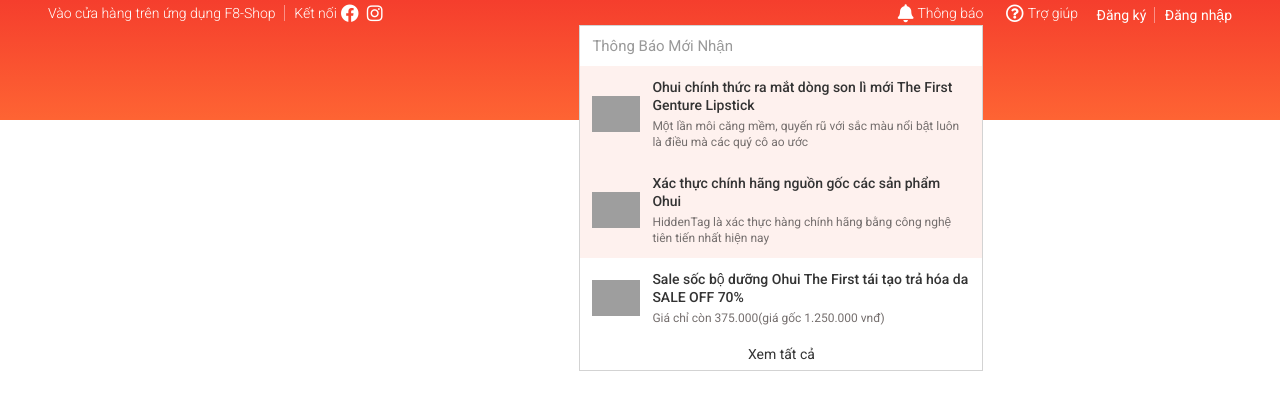
Repository: huynhnhan112/Shopee_Homepage
Page: index.html
These files come from the project's save history. The page is drawn as it stood at one moment and after the next save; the edit follows.
The browser window is 1280 px wide. The pictures show the whole page.
Pictures or frames that could not be fetched are drawn as grey boxes.

Above is the page before, as saved 2021-11-19 11:11:50.

### index.html
<!DOCTYPE html>
<html lang="en">

<head>
    <meta charset="UTF-8">
    <meta http-equiv="X-UA-Compatible" content="IE=edge">
    <meta name="viewport" content="width=device-width, initial-scale=1.0">
    <link rel="stylesheet" href="https://cdnjs.cloudflare.com/ajax/libs/normalize/8.0.1/normalize.min.css"
        integrity="sha512-NhSC1YmyruXifcj/KFRWoC561YpHpc5Jtzgvbuzx5VozKpWvQ+4nXhPdFgmx8xqexRcpAglTj9sIBWINXa8x5w=="
        crossorigin="anonymous" referrerpolicy="no-referrer" />
    <link rel="preconnect" href="https://fonts.googleapis.com">
    <link rel="preconnect" href="https://fonts.gstatic.com" crossorigin>
    <link href="https://fonts.googleapis.com/css2?family=Roboto:wght@100;300;400;500;700&display=swap" rel="stylesheet">
    <link rel="stylesheet" href="./assets/fonts/fontawesome-free-5.15.4/fontawesome-free-5.15.4-web/css/all.min.css">
    <link rel="stylesheet" href="./assets/css/base.css">
    <link rel="stylesheet" href="./assets/css/style.css">
    <title>F8 - Shop</title>
</head>

<body>
    <div class="app">
        <header class="header">
            <div class="grid">
                <nav class="header__navbar">
                    <ul class="header__navbar-list">
                        <li class="header__navbar-item header__navbar-item--qr header__navbar-item--separate">Vào cửa hàng trên ứng dụng F8-Shop
                            <div class="header__qr">
                                <img src="./assets/img/qr_code.png" alt="QR code" class="header__qr-img">
                                <div class="header__qr-apps">
                                    <a href="" class="header__qr-link">
                                        <img src="./assets/img/google_play.png" alt="Google Play" class="header__qr-download">
                                    </a>
                                    <a href="" class="header__qr-link">
                                        <img src="./assets/img/app_store.png" alt="App Store" class="header__qr-download">
                                    </a>
                                </div>
                            </div>
                        </li>
                        <li class="header__navbar-item">
                            <span class="header__navbar-title">Kết nối</span>
                            <a href="#" class="header__navbar-icon-link">
                                <i class="header__navbar-icon fab fa-facebook"></i>
                            </a>
                            <a href="#" class="header__navbar-icon-link">
                                <i class="header__navbar-icon fab fa-instagram"></i>
                            </a>
                        </li>
                    </ul>
                    <ul class="header__navbar-list">
                        <li class="header__navbar-item">
                            <a href="#" class="header__navbar-item-link">
                                <i class="header__navbar-icon fas fa-bell"></i>
                                Thông báo
                            </a>
                            <div class="header__notify">
                                <header class="header__notify-header">
                                    <h3>Thông Báo Mới Nhận</h3>
                                </header>
                                <ul class="header__notify-list">
                                    <li class="header__notify-item header__notify-item--viewed">
                                        <a href="" class="header__notify-link">
                                            <img src="https://img.abaha.vn/photos/origin/83-1586781803-myphamohui-lgvina.png" alt="" class="header__notify-img">
                                            <div class="header__notify-info">
                                                <span class="header__notify-name">Ohui chính thức ra mắt dòng son lì mới The First Genture Lipstick</span>
                                                <span class="header__notify-description">Một lần môi căng mềm, quyến rũ với sắc màu nổi bật luôn là điều mà các quý cô ao ước</span>
                                            </div>
                                        </a>
                                    </li>
                                    <li class="header__notify-item header__notify-item--viewed">
                                        <a href="" class="header__notify-link">
                                            <img src="https://img.abaha.vn/photos/origin/83-1586781803-myphamohui-lgvina.png" alt="" class="header__notify-img">
                                            <div class="header__notify-info">
                                                <span class="header__notify-name">Xác thực chính hãng nguồn gốc các sản phẩm Ohui</span>
                                                <span class="header__notify-description">HiddenTag là xác thực hàng chính hãng bằng công nghệ tiên tiến nhất hiện nay</span>
                                            </div>
                                        </a>
                                    </li>
                                    <li class="header__notify-item">
                                        <a href="" class="header__notify-link">
                                            <img src="https://img.abaha.vn/photos/origin/83-1586781803-myphamohui-lgvina.png" alt="" class="header__notify-img">
                                            <div class="header__notify-info">
                                                <span class="header__notify-name">Sale sốc bộ dưỡng Ohui The First tái tạo trả hóa da SALE OFF 70%</span>
                                                <span class="header__notify-description">Giá chỉ còn 375.000(giá gốc 1.250.000 vnđ)</span>
                                            </div>
                                        </a>
                                    </li>
                                </ul>
                                <footer class="header__notify-footer">
                                    <a href="" class="header__notify-footer-btn">Xem tất cả</a>
                                </footer>
                            </div>
                        </li>
                        <li class="header__navbar-item">
                            <a href="#" class="header__navbar-item-link">
                                <i class="header__navbar-icon far fa-question-circle"></i>
                                Trợ giúp
                            </a>
                        </li>
                        <li class="header__navbar-item header__navbar-item--strong header__navbar-item--separate">Đăng
                            ký</li>
                        <li class="header__navbar-item header__navbar-item--strong">Đăng nhập</li>
                    </ul>
                </nav>
            </div>
        </header>

        <div class="container">

        </div>

        <footer class="footer">

        </footer>
    </div>
</body>

</html>

### assets/css/base.css
:root{
    --white-color: #fff;
    --black-color: #000;
    --text-color: #333;
    --primary-color: #ee4d2d;
}

*{
    box-sizing: inherit;
}

html{
    font-size: 62.5%;
    line-height: 1.6rem;
    font-family: 'Roboto', sans-serif;
    box-sizing: border-box;
}

.grid{
    width: 1200px;
    max-width: 100%;
    margin: 0 auto;
}

.grid__full_width{
    width: 100%;
}

.gid__row{
    display: flex;
    flex-wrap: wrap;
}

@keyframes fadeIn {
    from{
        opacity: 0;
    }
    to{
        opacity: 1;
    }
}

### assets/css/style.css
.header{
    height: 120px;
    background-image: linear-gradient(0, #fe6433, #f53e2d);
}

.header__navbar{
    display: flex;
    justify-content: space-between;
    min-height: 26px;
}

.header__navbar-list{
    list-style: none;
    padding-left: 0;
    margin-top: 4px;
}

.header__navbar-item{
    margin: 0 8px;
    position: relative;
}

.header__navbar-item,
.header__navbar-item-link{
    display: inline-block;
    font-size: 1.4rem;
    color: var(--white-color);
    text-decoration: none;
    font-weight: 300;
}

.header__navbar-item,
.header__navbar-item-link,
.header__navbar-icon-link{
    display: inline-flex;
    align-items: center;
}

.header__navbar-item:hover,
.header__navbar-item-link:hover,
.header__navbar-icon-link:hover{
    color: rgba(255,255,255, 0.7);
    cursor: pointer;
}

.header__navbar-item--strong{
    font-weight: 400;
}

.header__navbar-item--separate::after{
    content: '';
    display: block;
    position: absolute;
    border-left: 1px solid #FB9086;
    height: 16px;
    right: -9px;
    top: 50%;
    transform: translateY(-50%);
}

.header__navbar-icon-link{
    color: var(--white-color);
    text-decoration: none;
}

.header__navbar-icon{
    font-size: 1.8rem;
    margin: 0 4px;
}

.header__navbar-title{
    cursor: text;
    color: var(--white-color);
}

/* Header QR Code */
.header__qr{
    background-color: var(--white-color);
    width: 186px;
    position: absolute;
    left: 0;
    top: 160%;
    padding: 8px;
    border-radius: 2px;
    display: none;
    animation: fadeIn ease-in-out 0.3s;
}

.header__qr::before{
    content: '';
    position: absolute;
    display: block;
    width: 100%;
    height: 20px;
    top: -16px;
    left: 0;
}

.header__navbar-item--qr:hover .header__qr{
    display: block;
}

.header__qr-img{
    width: 100%;
}

.header__qr-apps{
    display: flex;
    justify-content: space-between;
}

.header__qr-link:first-child{
    margin-left: 11px;
}

.header__qr-link:last-child{
    margin-right: 11px;
}

.header__qr-download{
    height: 15px;
}

/* Header Notifycation */
.header__notify{
    position: absolute;
    top: 118%;
    right: 0;
    width: 404px;
    border: 1px solid #d3d3d3;
    background-color: var(--white-color);
}

.header__notify-header{
    height: 40px;
    background-color: var(--white-color);
}

.header__notify-header h3{
    color: #999;
    margin: 0 0 0 12px;
    font-weight: 400;
    font-size: 1.5rem;
    line-height: 40px;
}

.header__notify-list{
    padding-left: 0;
}

.header__notify-item{
    display: flex;
}

.header__notify-item:hover{
    background-color: #f7f7f7;
}

.header__notify-item--viewed{
    background-color: rgba(238,75,43,0.08);
}

.header__notify-link{
    display: flex;
    width: 100%;
    padding: 12px;
    text-decoration: none;
}

.header__notify-img{
    width: 48px;
    object-fit: contain;
}

.header__notify-info{
    margin-left: 1.2rem;
    /* line-height: 2.4rem; */
}

.header__notify-name{
    display: block;
    font-size: 1.4rem;
    color: var(--text-color);
    font-weight: 500;
    line-height: 1.8rem;
}

.header__notify-description{
    display: block;
    font-size: 1.2rem;
    color: #756f6e;
    font-weight: 400;
    margin-top: 0.4rem;
}

.header__notify-footer{
    text-align: center;
}

.header__notify-footer-btn{
    text-decoration: none;
    color: var(--text-color);
    padding: 8px 0;
    width: 100%;
    display: block;
    font-weight: 400;
}

Loaded but not shown: assets/fonts/fontawesome-free-5.15.4/fontawesome-free-5.15.4-web/css/all.min.css (library)

After the next save:
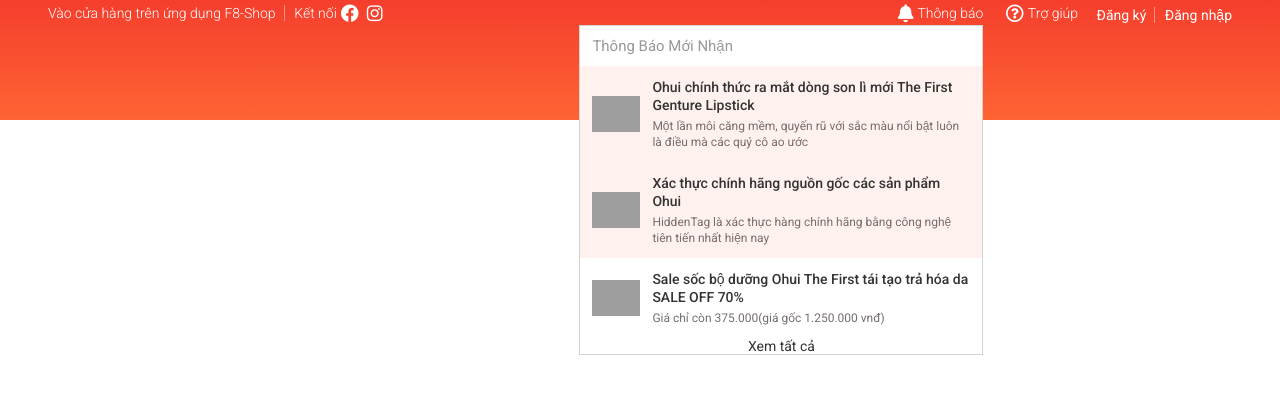
Saved 2 min 20 s later.
--- a/assets/css/style.css
+++ b/assets/css/style.css
@@ -202,6 +202,6 @@
     color: var(--text-color);
     padding: 8px 0;
     width: 100%;
-    display: block;
-    font-weight: 400;
-}
+    /* display: block; */
+    font-weight: 400;
+}

After the save that followed:
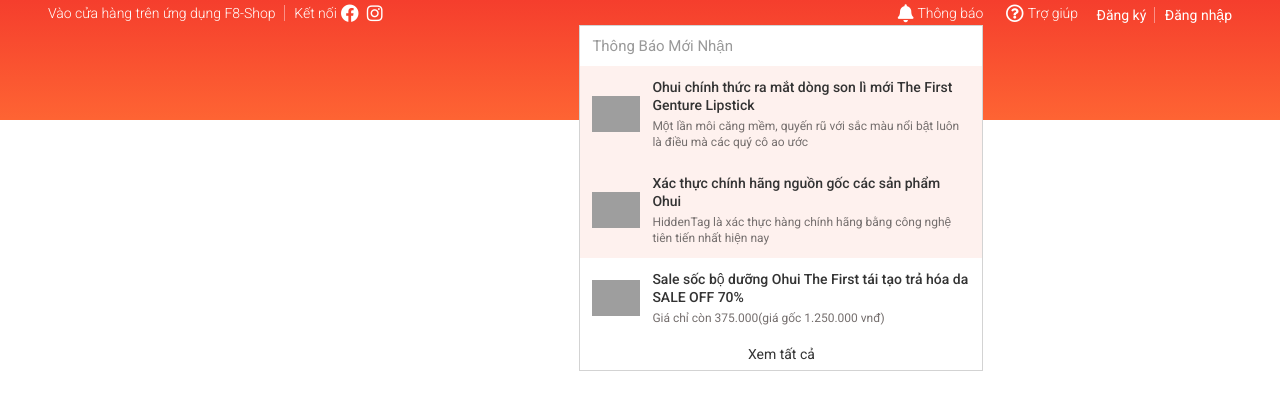
Saved 5 s later.
--- a/assets/css/style.css
+++ b/assets/css/style.css
@@ -202,6 +202,6 @@
     color: var(--text-color);
     padding: 8px 0;
     width: 100%;
-    /* display: block; */
-    font-weight: 400;
-}
+    display: block;
+    font-weight: 400;
+}
